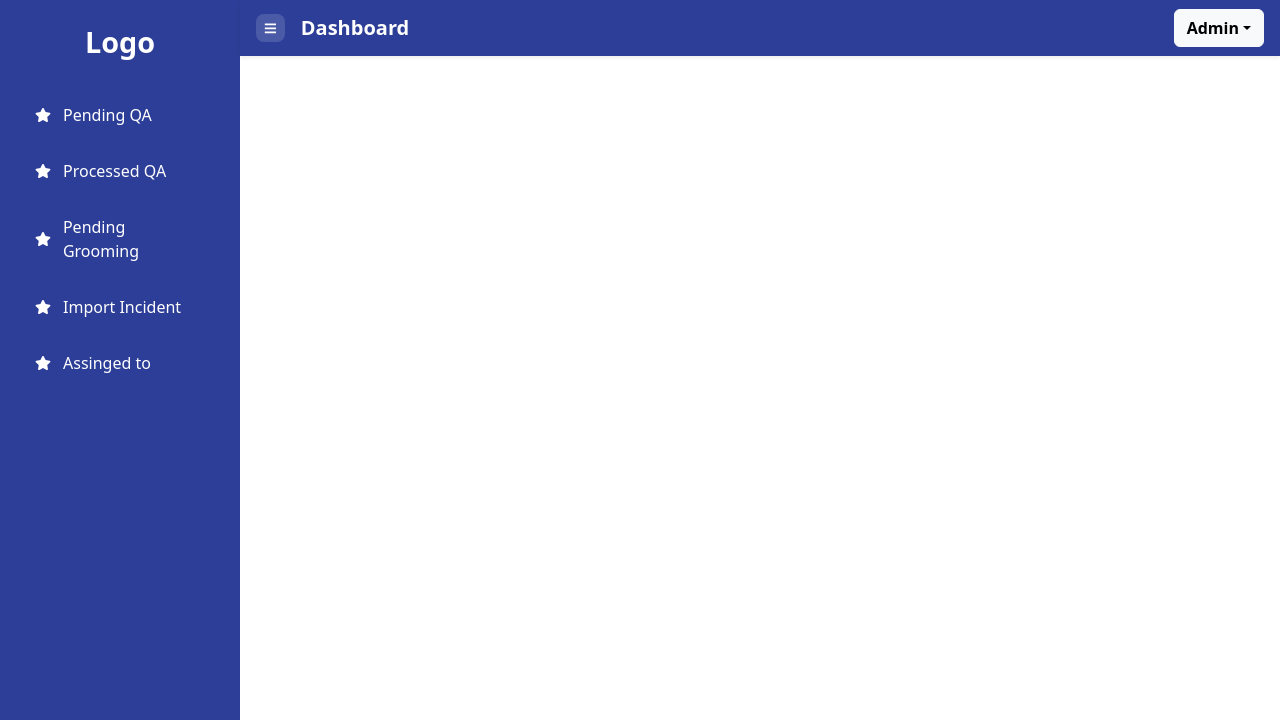
Repository: ArunGOW/ServiceNow_QA-audit
Page: /dashboard
The author's editor kept a copy of each file at every save. The page is drawn from the files as they stood at one save, then again after the next save.
The browser window is 1280 px wide. The pictures show the whole page.
The project was rebuilt for these pictures with package versions that can differ from the ones it lists, and the page was loaded fresh each time. Also part of the build but not shown: vite.config.js, src/components/Login.jsx, src/components/tables/PendingQATable.jsx, src/components/CustomButton.jsx, src/components/PaginationControls.jsx, src/pages/PendingQAPage.jsx, src/components/tables/ProcessedQATable.jsx, src/pages/ProcessedQAPage.jsx and 3 more.

Above is the page before, as saved 2025-09-09 18:26:48.

### index.html
<!doctype html>
<html lang="en">
  <head>
    <meta charset="UTF-8" />
    <link rel="icon" href="data:," />
    <meta name="viewport" content="width=device-width, initial-scale=1.0" />
    <title>QA Tool</title>
  </head>
  <body>
    <div id="root"></div>
    <script type="module" src="/src/main.jsx"></script>
  </body>
</html>

### src/main.jsx
 import React from "react";
import ReactDOM from "react-dom/client";
import { BrowserRouter } from "react-router-dom";
import App from "./App";
import 'bootstrap/dist/css/bootstrap.min.css';


ReactDOM.createRoot(document.getElementById("root")).render(
  <BrowserRouter>
    <App />
  </BrowserRouter>
);

### src/App.jsx



//  import React from "react";
// import { Routes, Route, Navigate } from "react-router-dom";
// import Login from "./components/Login";
// import Dashboard from "./components/Dashboard";
// import { AuthProvider } from "./context/AuthContext";
// import ImportExcel from "./components/ImportExcel";


// function App() {
//   return (
//     <AuthProvider>
//       <Routes>

//         <Route path="/" element={<Navigate to="/login" replace />} />
//         <Route path="/login" element={<Login />} />
//         {/* <Route path="/dashboard" element={<Dashboard />} />
//         <Route path="/import-excel" element={<ImportExcel />} />

//         <Route path="/pending-qa" element={<Dashboard filter="Pending" />} /> */}
//         {/* ✅ Protect all dashboard routes */}
//         <Route
//           path="/dashboard/*"
//           element={
//             <ProtectedRoute>
//               <Layout>
//                 <Routes>
//                   <Route path="" element={<Dashboard />} />
//                   <Route path="processed-qa" element={<ProcessedQAPage />} />
//                   <Route path="pending-grooming" element={<GroomingPage />} />
//                   <Route path="import-incident" element={<ImportIncidentPage />} />
//                 </Routes>
//               </Layout>
//             </ProtectedRoute>
//           }
//         />


//       </Routes>
//     </AuthProvider>
//   );
// }

// export default App;

// src/App.jsx
import React from "react";
import { Routes, Route, Navigate } from "react-router-dom";
import Login from "./components/Login";
import Dashboard from "./components/Dashboard";
import { AuthProvider } from "./context/AuthContext";

// Pages
import PendingQAPage from "./pages/PendingQAPage";
import ProcessedQAPage from "./pages/ProcessedQAPage";
import GroomingPage from "./pages/GroomingPage";
import ImportIncidentPage from "./pages/ImportIncidentPage";

function App() {
  return (
    <AuthProvider>
      <Routes>
        {/* Redirect root to login */}
        <Route path="/" element={<Navigate to="/login" replace />} />

        {/* Login Page */}
        <Route path="/login" element={<Login />} />

        {/* Dashboard Layout with nested routes */}
        <Route path="/dashboard" element={<Dashboard />}>
          <Route path="pending-qa" element={<PendingQAPage />} />
          <Route path="processed-qa" element={<ProcessedQAPage />} />
          <Route path="pending-grooming" element={<GroomingPage />} />
          <Route path="import-incident" element={<ImportIncidentPage />} />
        </Route>
      </Routes>
    </AuthProvider>
  );
}

export default App;

### src/components/Dashboard.jsx
//  import { useState, useEffect, useContext } from "react";
// import axios from "axios";
// import Layout from "./layout/Layout";
// import PendingQATable from "./tables/PendingQATable";
// import ProcessedQATable from "./tables/ProcessedQATable";
// import PaginationControls from "./PaginationControls";
// import { AuthContext } from "../context/AuthContext";

// const Dashboard = () => {
//   const { user } = useContext(AuthContext); // ✅ get user info (user_sid)
//   const [pendingIncidents, setPendingIncidents] = useState([]);
//   const [processedIncidents, setProcessedIncidents] = useState([]);
//   const [loading, setLoading] = useState(true);
//   const [currentPage, setCurrentPage] = useState(1);
//   const [totalPages, setTotalPages] = useState(1);
//   const limit = 10;

//   useEffect(() => {
//     const fetchData = async () => {
//       if (!user?.user_sid) {
//         console.warn("⚠️ No user_sid found, skipping fetch.");
//         return;
//       }

//       setLoading(true);
//       try {
//         const skip = (currentPage - 1) * limit;

//         // ✅ Send skip, limit, and user_sid in POST body (NOT query string)
//         const res = await axios.post("http://localhost:8000/api/users/get/incidents", {
//           user_sid: user.user_sid,
//           skip,
//           limit,
//         });

//         console.log("📌 API Response:", res.data);

//         const allIncidents = res.data?.incidents || [];

//         setPendingIncidents(allIncidents.filter((i) => i.audit_status === "Pending"));
//         setProcessedIncidents(allIncidents.filter((i) => i.audit_status === "Completed"));

//         if (res.data?.totalCount) {
//           setTotalPages(Math.ceil(res.data.totalCount / limit));
//         }
//       } catch (error) {
//         console.error("❌ Error fetching incidents:", error);
//       } finally {
//         setLoading(false);
//       }
//     };

//     fetchData();
//   }, [currentPage, user]);

//   return (
//     <Layout>
//       <PendingQATable incidents={pendingIncidents} loading={loading} />
//       <ProcessedQATable incidents={processedIncidents} />
//       <div className="d-flex justify-content-center mt-3">
//         <PaginationControls
//           currentPage={currentPage}
//           totalPages={totalPages}
//           handlePrevious={() => setCurrentPage((p) => Math.max(p - 1, 1))}
//           handleNext={() => setCurrentPage((p) => p + 1)}
//         />
//       </div>
//     </Layout>
//   );
// };

// export default Dashboard;


// src/components/Dashboard.jsx
import { Outlet } from "react-router-dom";
import { useState } from "react";
import Sidebar from "./layout/Sidebar";
import Topbar from "./layout/Topbar";

const Dashboard = () => {
  const [sidebarOpen, setSidebarOpen] = useState(true);

  return (
    <div className="d-flex">
      {/* Sidebar */}
      {sidebarOpen && <Sidebar />}

      {/* Main Content */}
      <div className="flex-grow-1">
        <Topbar onToggleSidebar={() => setSidebarOpen(!sidebarOpen)} />
        <div className="p-3">
          <Outlet /> {/* Child routes render here */}
        </div>
      </div>
    </div>
  );
};

export default Dashboard;

### src/context/AuthContext.jsx
//  // src/context/AuthContext.jsx
// import { createContext, useContext, useState, useEffect } from "react";

// const AuthContext = createContext();

// export const AuthProvider = ({ children }) => {
//   const [user, setUser] = useState(null);

//   useEffect(() => {
//     const storedUser = localStorage.getItem("user");
//     if (storedUser) {
//       setUser(JSON.parse(storedUser));
//     }
//   }, []);

//   const login = (userData) => {
//     setUser(userData);
//     localStorage.setItem("user", JSON.stringify(userData));
//   };

//   const logout = () => {
//     setUser(null);
//     localStorage.removeItem("user");
//   };

//   return (
//     <AuthContext.Provider value={{ user, login, logout }}>
//       {children}
//     </AuthContext.Provider>
//   );
// };

// // ✅ Add this export
// export const useAuth = () => useContext(AuthContext);


// src/context/AuthContext.jsx
import React, { createContext, useContext, useState, useEffect } from "react";

const AuthContext = createContext();

export const AuthProvider = ({ children }) => {
  const [user, setUser] = useState(null);

  useEffect(() => {
    const storedUser = localStorage.getItem("user");
    if (storedUser) {
      setUser(JSON.parse(storedUser));
    }
  }, []);

  const login = (userData) => {
    setUser(userData);
    localStorage.setItem("user", JSON.stringify(userData));
  };

  const logout = () => {
    setUser(null);
    localStorage.removeItem("user");
  };

  return (
    <AuthContext.Provider value={{ user, login, logout }}>
      {children}
    </AuthContext.Provider>
  );
};

export const useAuth = () => useContext(AuthContext);

### src/components/layout/sidebar.jsx
//  // src/components/layout/Sidebar.jsx
// import { Nav } from "react-bootstrap";
// import { FaStar } from "react-icons/fa";
// import { Link, useLocation } from "react-router-dom";

// const Sidebar = () => {
//   const location = useLocation();

//   const menuItems = [
//     { path: "/pending-qa", label: "Pending QA" },
//     { path: "/processed-qa", label: "Processed QA" },
//     { path: "/pending-grooming", label: "Pending Grooming" },
//     { path: "/import-incident", label: "Import Incident" },
//     { path: "/export-incident", label: "Export Incident" },
//   ];

//   return (
//     <div>
//       <h2 className="p-3 fw-bold border-bottom">Logo</h2>
//       <Nav className="flex-column">
//         {menuItems.map((item) => (
//           <Nav.Item key={item.path}>
//             <Link
//               to={item.path}
//               className={`d-flex align-items-center px-3 py-2 text-decoration-none ${
//                 location.pathname === item.path
//                   ? "bg-light text-dark rounded"
//                   : "text-white"
//               }`}
//             >
//               <FaStar className="me-2" />
//               {item.label}
//             </Link>
//           </Nav.Item>
//         ))}
//       </Nav>
//     </div>
//   );
// };

// export default Sidebar;


// src/components/layout/Sidebar.jsx
import { NavLink } from "react-router-dom";
import { FaStar } from "react-icons/fa";
import "./Sidebar.css";

const Sidebar = () => {
  return (
    <div className="sidebar">
      <div className="logo">Logo</div>
      <nav>
        <NavLink to="/dashboard/pending-qa" activeClassName="active">
          <FaStar /> Pending QA
        </NavLink>
        <NavLink to="/dashboard/processed-qa" activeClassName="active">
          <FaStar /> Processed QA
        </NavLink>
        <NavLink to="/dashboard/pending-grooming" activeClassName="active">
          <FaStar /> Pending Grooming
        </NavLink>

        <NavLink to="/dashboard/import-incident" activeClassName="active">
          <FaStar /> Import Incident
        </NavLink>
        <NavLink to="/export-incident" activeClassName="active">
          <FaStar />  Assinged to
        </NavLink>
      </nav>
    </div>
  );
};

export default Sidebar;

### src/components/layout/Topbar.jsx
 // src/components/layout/Topbar.jsx
import { Navbar, Nav, Dropdown } from "react-bootstrap";
import { FaBars } from "react-icons/fa";
import { useAuth } from "../../context/AuthContext";
import { useNavigate } from "react-router-dom";

const Topbar = ({ onToggleSidebar }) => {
  const { logout } = useAuth();
  const navigate = useNavigate();

  const handleLogout = () => {
    logout();
    navigate("/");
  };

  return (
    <Navbar
      expand="lg"
      className="shadow-sm px-3"
      style={{
        background: "#2c3e97", // MopUp purple-blue gradient
      }}
    >
      {/* Sidebar Toggle Button */}
      <FaBars
        className="me-3 text-white"
        style={{
          cursor: "pointer",
          fontSize: "1.8rem",
          padding: "8px",
          borderRadius: "8px",
          background: "rgba(255, 255, 255, 0.15)",
          transition: "0.3s",
        }}
        onClick={onToggleSidebar}
        onMouseEnter={(e) =>
          (e.currentTarget.style.background = "rgba(255, 255, 255, 0.3)")
        }
        onMouseLeave={(e) =>
          (e.currentTarget.style.background = "rgba(255, 255, 255, 0.15)")
        }
      />

      <Navbar.Brand className="fw-bold text-white">Dashboard</Navbar.Brand>

      <Nav className="ms-auto">
        <Dropdown align="end">
          <Dropdown.Toggle
            variant="light"
            id="dropdown-basic"
            className="fw-semibold"
          >
            Admin
          </Dropdown.Toggle>
          <Dropdown.Menu>
            <Dropdown.Item>Profile</Dropdown.Item>
            <Dropdown.Item onClick={handleLogout}>Logout</Dropdown.Item>
          </Dropdown.Menu>
        </Dropdown>
      </Nav>
    </Navbar>
  );
};

export default Topbar;

### src/components/layout/Sidebar.css
/* src/components/layout/Sidebar.css */
.sidebar {
  height: 100vh;
  width: 240px;
  background-color: #2c3e97; /* Deep Blue */
  color: white;
  display: flex;
  flex-direction: column;
  padding: 20px;
}

.sidebar .logo {
  font-size: 1.8rem;
  font-weight: bold;
  text-align: center;
  margin-bottom: 30px;
}

.sidebar nav {
  display: flex;
  flex-direction: column;
  gap: 12px;
}

.sidebar a {
  display: flex;
  align-items: center;
  gap: 12px;
  padding: 10px 15px;
  text-decoration: none;
  color: white;
  font-size: 1rem;
  border-radius: 6px;
  transition: all 0.3s ease;
}

.sidebar a:hover {
  background-color: rgba(255, 255, 255, 0.15);
}

.sidebar a.active {
  background-color: white;
  color: #2c3e97;
  font-weight: bold;
}

.sidebar hr {
  border: none;
  border-top: 1px solid rgba(255, 255, 255, 0.2);
  margin: 15px 0;
}

After the next save:
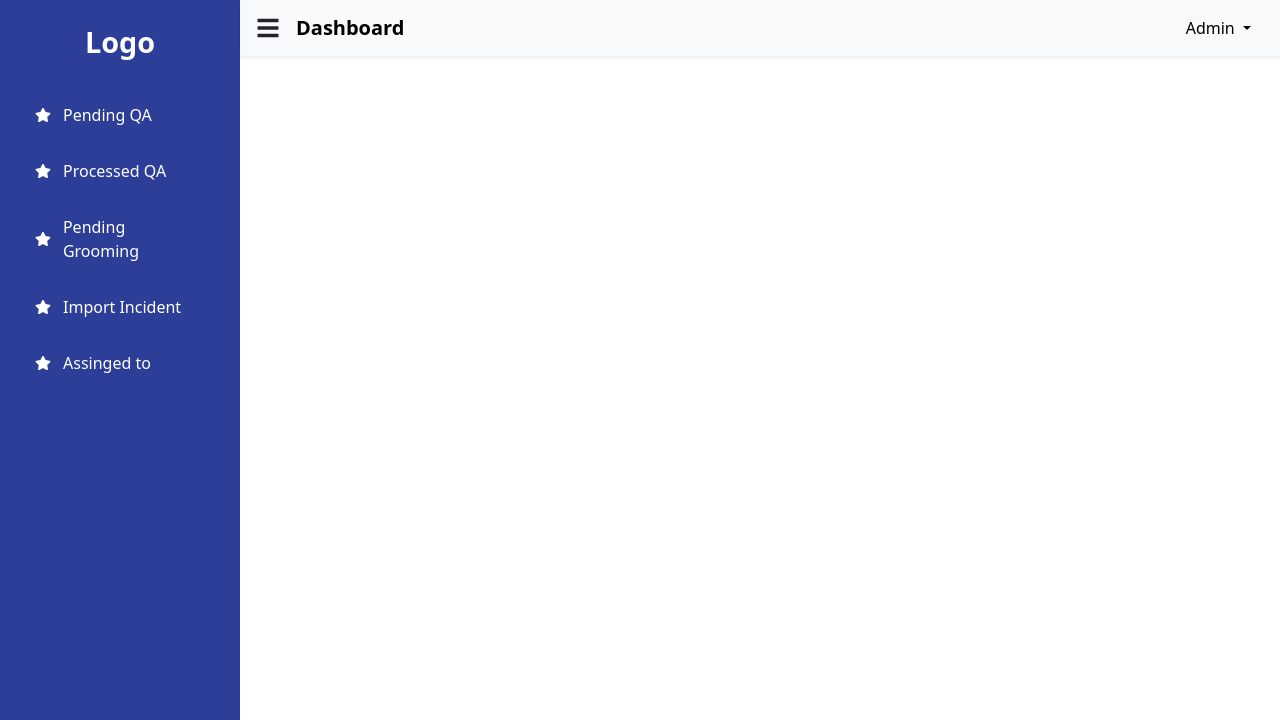
Saved 29 s later.
--- a/src/components/layout/Topbar.jsx
+++ b/src/components/layout/Topbar.jsx
@@ -1,56 +1,63 @@
+// // src/components/layout/Topbar.jsx
+// import { Navbar, Nav, Dropdown } from "react-bootstrap";
+// import { FaBars } from "react-icons/fa";
+
+
+// const Topbar = ({ onToggleSidebar }) => {
+//   return (
+//     <Navbar bg="light" expand="lg" className="shadow-sm px-3">
+//       <FaBars
+//         className="me-3"
+//         style={{ cursor: "pointer", fontSize: "1.5rem" }}
+//         onClick={onToggleSidebar}
+//       />
+//       <Navbar.Brand className="fw-bold">Dashboard</Navbar.Brand>
+//       <Nav className="ms-auto">
+//         <Dropdown align="end">
+//           <Dropdown.Toggle variant="light" id="dropdown-basic">
+//             Admin
+//           </Dropdown.Toggle>
+//           <Dropdown.Menu>
+//             <Dropdown.Item>Profile</Dropdown.Item>
+//             <Dropdown.Item>Logout</Dropdown.Item>
+//           </Dropdown.Menu>
+//         </Dropdown>
+//       </Nav>
+//     </Navbar>
+//   );
+// };
+
+// export default Topbar;
+
+
  // src/components/layout/Topbar.jsx
 import { Navbar, Nav, Dropdown } from "react-bootstrap";
 import { FaBars } from "react-icons/fa";
-import { useAuth } from "../../context/AuthContext";
+import { useAuth } from "../../context/AuthContext";   // ✅ import hook
 import { useNavigate } from "react-router-dom";
+import './Topbar.css'
 
 const Topbar = ({ onToggleSidebar }) => {
-  const { logout } = useAuth();
+  const { logout, user } = useAuth();  // ✅ get user + logout
   const navigate = useNavigate();
 
   const handleLogout = () => {
-    logout();
-    navigate("/");
+    logout();            // clear user + localStorage
+    navigate("/login");  // redirect to login page
   };
 
   return (
-    <Navbar
-      expand="lg"
-      className="shadow-sm px-3"
-      style={{
-        background: "#2c3e97", // MopUp purple-blue gradient
-      }}
-    >
-      {/* Sidebar Toggle Button */}
+    <Navbar bg="light" expand="lg" className="shadow-sm px-3">
       <FaBars
-        className="me-3 text-white"
-        style={{
-          cursor: "pointer",
-          fontSize: "1.8rem",
-          padding: "8px",
-          borderRadius: "8px",
-          background: "rgba(255, 255, 255, 0.15)",
-          transition: "0.3s",
-        }}
+        className="me-3"
+        style={{ cursor: "pointer", fontSize: "1.5rem" }}
         onClick={onToggleSidebar}
-        onMouseEnter={(e) =>
-          (e.currentTarget.style.background = "rgba(255, 255, 255, 0.3)")
-        }
-        onMouseLeave={(e) =>
-          (e.currentTarget.style.background = "rgba(255, 255, 255, 0.15)")
-        }
       />
-
-      <Navbar.Brand className="fw-bold text-white">Dashboard</Navbar.Brand>
-
+      <Navbar.Brand className="fw-bold">Dashboard</Navbar.Brand>
       <Nav className="ms-auto">
         <Dropdown align="end">
-          <Dropdown.Toggle
-            variant="light"
-            id="dropdown-basic"
-            className="fw-semibold"
-          >
-            Admin
+          <Dropdown.Toggle variant="light" id="dropdown-basic">
+            {user?.name || "Admin"}  {/* ✅ show logged-in user name */}
           </Dropdown.Toggle>
           <Dropdown.Menu>
             <Dropdown.Item>Profile</Dropdown.Item>
